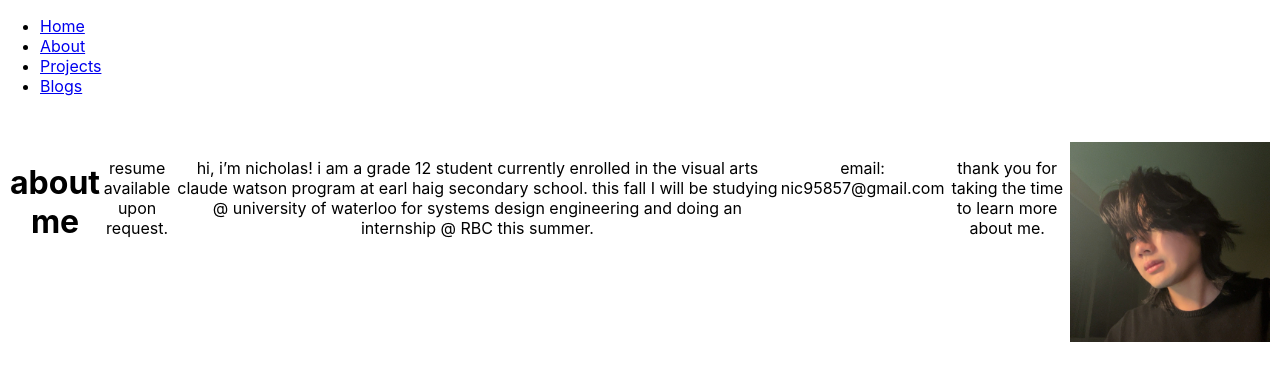
Repository: nicholaschen09/personalWebsite
Page: /about
The author's editor kept a copy of each file at every save. The page is drawn from the files as they stood at one save, then again after the next save.
The browser window is 1280 px wide. The pictures show the whole page.
The project was rebuilt for these pictures with package versions that can differ from the ones it lists, and the page was loaded fresh each time. Also part of the build but not shown: src/components/Home.js, src/components/Projects.css, src/components/Projects.js, src/components/Blog.css, src/components/Blog.js, src/components/Miscellaneous.css, src/components/Miscellaneous.js, src/components/Design.css and 3 more.

Above is the page before, as saved 2024-05-23 13:15:44.

### src/App.js
import React from 'react';
import { BrowserRouter as Router, Route, Routes, Link } from 'react-router-dom';
import About from './components/About.js';
import Home from './components/Home.js';
import Projects from './components/Projects.js';
import Blog from './components/Blog.js';
import Miscellaneous from './components/Miscellaneous.js';
import Design from './components/Design.js';
import Engineering from './components/Engineering.js';

function App() {
  return (
    <Router>
      <div>
        <nav>
          <ul>
            <li>
              <Link to="/">Home</Link>
            </li>
            <li>
              <Link to="/about">About</Link>
            </li>
            <li>
              <Link to="/projects">Projects</Link>
            </li>
            <li>
              <Link to="/blogs">Blogs</Link>
            </li>
          </ul>
        </nav>

        <Routes>
          <Route path="/about" element={<About />} />
          <Route path="/" element={<Home />} />
          <Route path="/projects" element={<Projects />} />
          <Route path="/blogs" element={<Blog />} />
          <Route path="/projects/miscellaneous" element={<Miscellaneous />} />
          <Route path="/projects/design" element={<Design />} />
          <Route path="/projects/engineering" element={<Engineering />} />
        </Routes>
      </div>
    </Router>
  );
}

export default App;

### src/components/About.js
import React from 'react';
import './About.css';

const About = () => {
    return (
        <div className="about">
            <div className="column">
            <h1>about me</h1>
            <p>resume available upon request.</p>
            <p>hi, i’m nicholas! i am a grade 12 student currently enrolled in the visual arts claude watson
                program at earl haig secondary school. this fall I will be studying @ university of
                waterloo for systems design engineering and doing an internship @ RBC this summer.</p>
            <p>email: nic95857@gmail.com</p>
            <p>thank you for taking the time to learn more about me.</p>
            <img src={process.env.PUBLIC_URL + '/file.jpg'}alt="profilePic" className="profilePic" />
            </div>
            </div>


    );
};



export default About;

### src/components/About.css
.about {
    text-align: center;
    padding: 10px;
    margin-left: auto;
    margin-right: auto;
    display: flex;
    justify-content: space-between;
}
.profilePic {
    width: 200px;
    height: 200px;
    margin-bottom: 20px;
}

### src/components/Home.css
/* src/components/Home/Home.css */
.home {
    text-align: center;
    padding: 20px;
}
.DinnerImage {
    width: 300px;
    height: 200px;
    margin-bottom: 20px;

}
.column {
    display: flex;
    justify-content: space-between;
    margin-top: 20px;
}

Loaded but not shown: public/index.html (common file); src/index.js (common file); src/index.css (common file); src/reportWebVitals.js (common file)

After the next save:
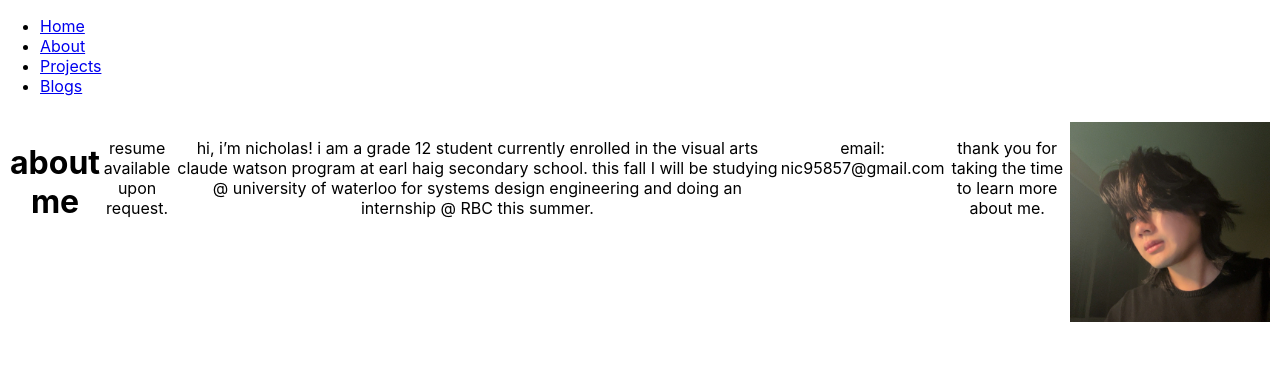
Saved 23 s later.
--- a/src/components/About.js
+++ b/src/components/About.js
@@ -4,7 +4,6 @@ import './About.css';
 const About = () => {
     return (
         <div className="about">
-            <div className="column">
             <h1>about me</h1>
             <p>resume available upon request.</p>
             <p>hi, i’m nicholas! i am a grade 12 student currently enrolled in the visual arts claude watson
@@ -14,7 +13,7 @@ const About = () => {
             <p>thank you for taking the time to learn more about me.</p>
             <img src={process.env.PUBLIC_URL + '/file.jpg'}alt="profilePic" className="profilePic" />
             </div>
-            </div>
+
 
 
     );
